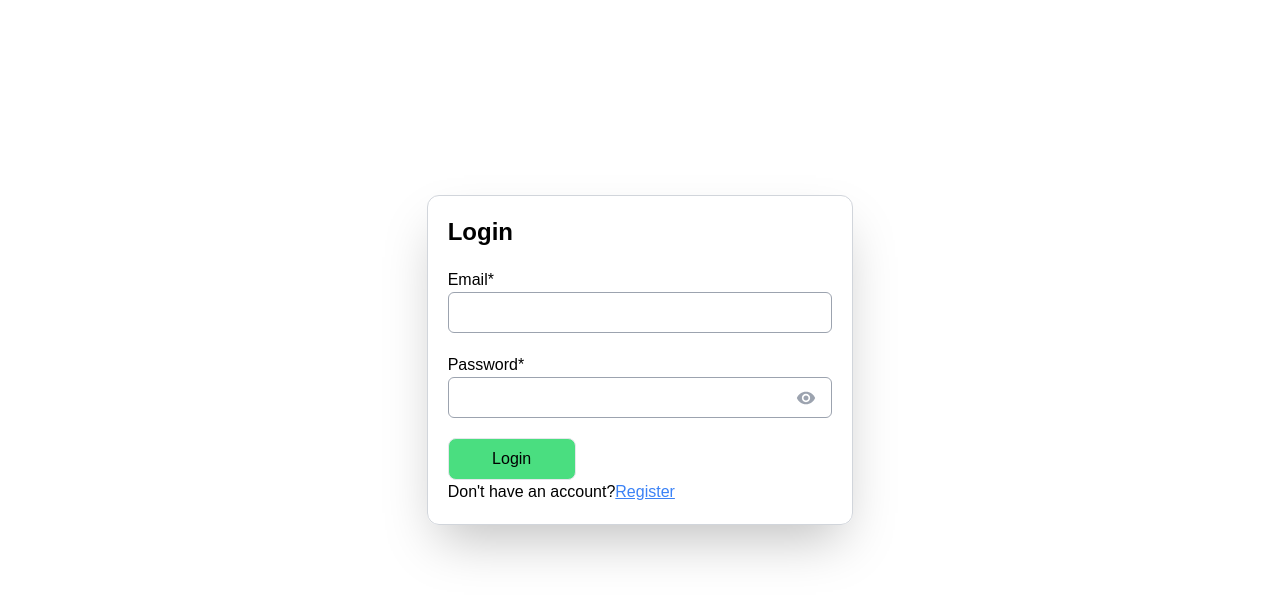
Repository: Qu4ntumGuy/support-ai
Page: /auth (app in frontend/)
These files come from the project's save history. The page is drawn as it stood at one moment and after the next save; the edit follows.
The browser window is 1280 px wide. The pictures show the whole page.
The project was rebuilt for these pictures with package versions that can differ from the ones it lists, and the page was loaded fresh each time.

Above is the page before, as saved 2024-07-13 21:24:30.

After the next save:
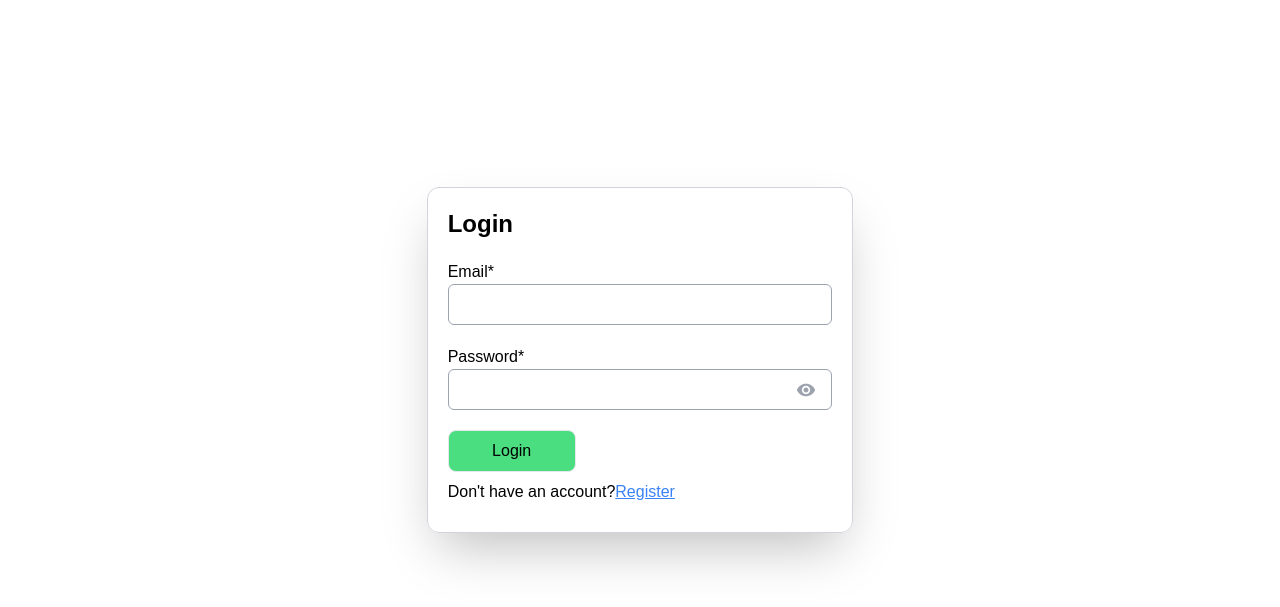
Saved 14 s later.
--- a/frontend/src/Pages/Auth/Auth.js
+++ b/frontend/src/Pages/Auth/Auth.js
@@ -68,7 +68,7 @@ function Auth() {
               {loading ? "Loading..." : "Login"}
             </button>
           </form>
-          <div className="flex">
+          <div className="flex my-2">
             <div>Don&apos;t have an account? </div>
             <Link to="/auth/register" className="text-blue-500 underline">
               Register
